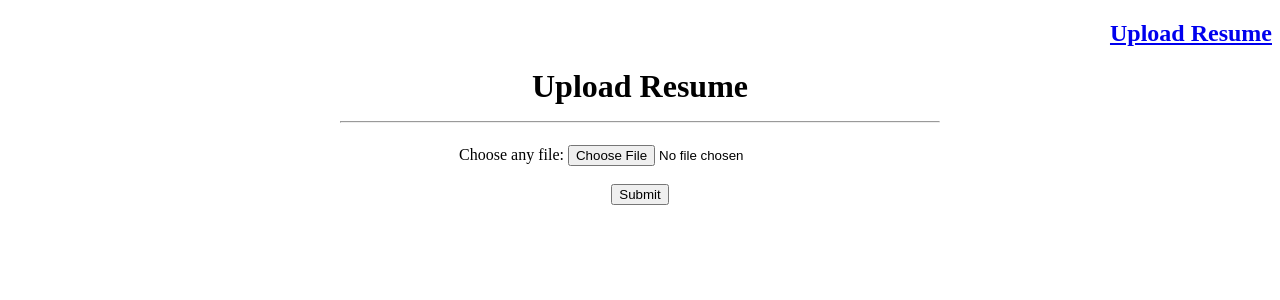
Repository: prashantsuman07/Manthan-ELF-16-OCT-19-Prashant-Suman
Page: http://localhost/Resume_Finder_Java_Application/JSP/SearchResume.jsp
These files come from the project's save history. The page is drawn as it stood at one moment and after the next save; the edit follows.
The browser window is 1280 px wide. The pictures show the whole page.
The page is served by Tomcat 9. Other server files are loaded and not shown.

Above is the page before, as saved 2019-12-02 12:23:36.

### assignments/Resume_Finder_Java_Application/Resume_Finder_Java_Application/WebContent/JSP/SearchResume.jsp
<%@ page language="java" contentType="text/html; charset=ISO-8859-1"
    pageEncoding="ISO-8859-1"%>
<!DOCTYPE html>
<html>
<head>
<meta charset="ISO-8859-1">
<title>Search resume</title>
<style type="text/css">
.Upload{
width:600px;
margin:auto;

}
</style>
</head>
<body>
<a href="#"><h2 align="right">Upload Resume</h2></a>
<div class="Upload" >
<h1 align="Center">Upload Resume<hr></h1>
<form action="" method="get" align="center">
<label>Choose any file:</label>
<input name="userfile" type="file" accept="application/pdf, application/msword"/><br><br>
<input type="submit" name="Upload Resume">
</form>
</div>
</body>
</html>

After the next save:
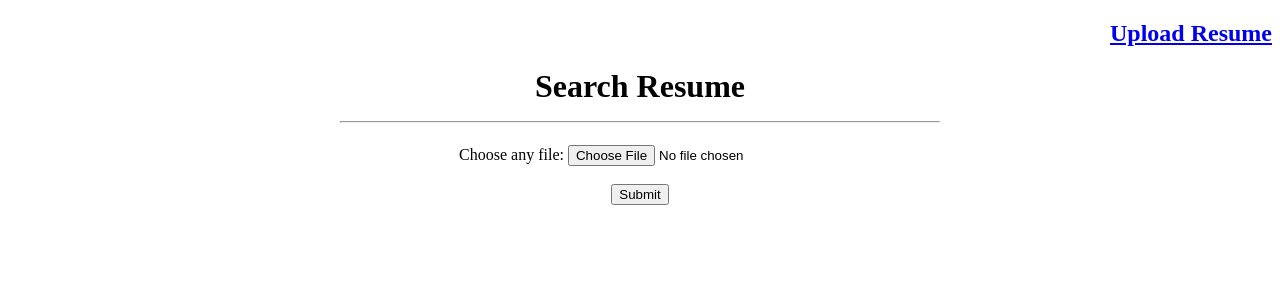
Saved 6 s later.
--- a/assignments/Resume_Finder_Java_Application/Resume_Finder_Java_Application/WebContent/JSP/SearchResume.jsp
+++ b/assignments/Resume_Finder_Java_Application/Resume_Finder_Java_Application/WebContent/JSP/SearchResume.jsp
@@ -16,7 +16,7 @@ margin:auto;
 <body>
 <a href="#"><h2 align="right">Upload Resume</h2></a>
 <div class="Upload" >
-<h1 align="Center">Upload Resume<hr></h1>
+<h1 align="Center">Search Resume<hr></h1>
 <form action="" method="get" align="center">
 <label>Choose any file:</label>
 <input name="userfile" type="file" accept="application/pdf, application/msword"/><br><br>
